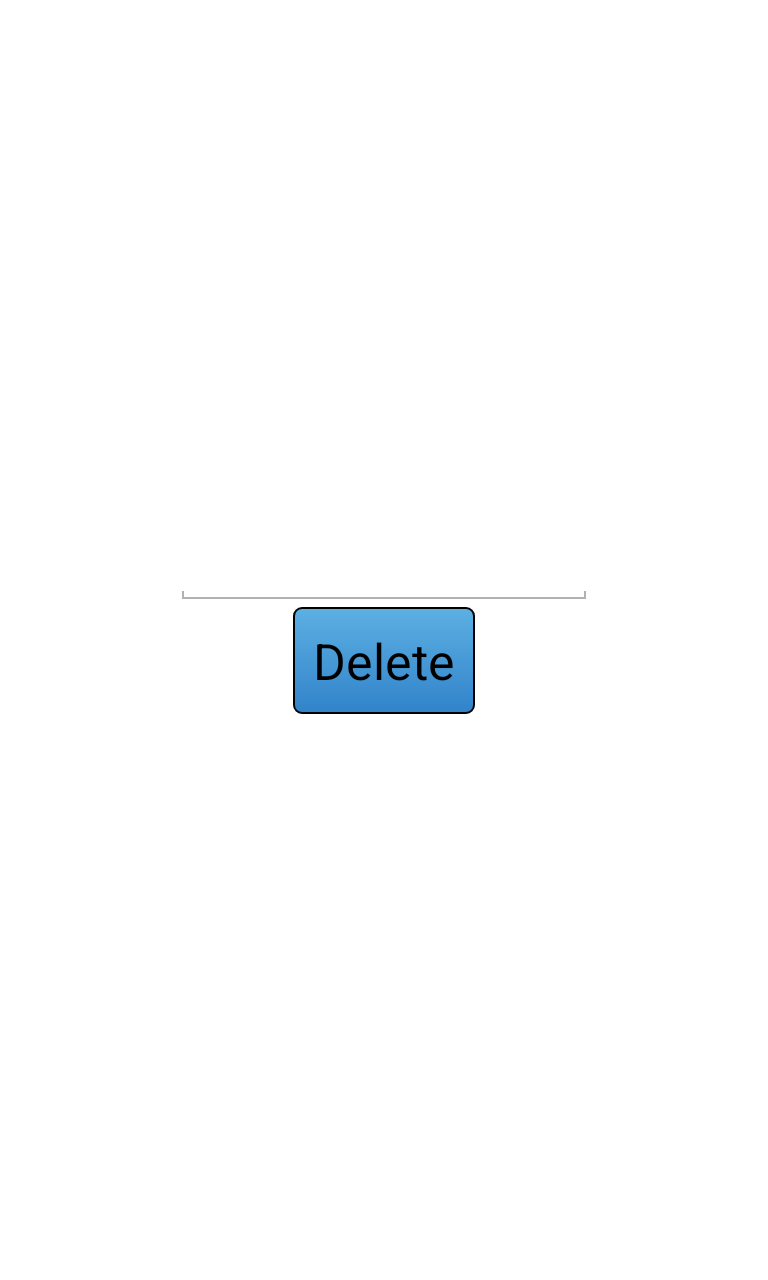
Repository: ArisKots1992/Software-Development
Layout: Anaptiksi Logismikou/Anaptiksi Logismikou/AdminClientApplication/res/layout/third_tab.xml
An editor plug-in stored every save of this project. The layout is shown before and after the next save, followed by the edit.
It is drawn on a 768 x 1280 px phone screen (xhdpi) without system bars, with theme AppTheme; the app's code is not run.

Above is the layout before, as saved 2015-01-19 17:12:22.

### Anaptiksi Logismikou/Anaptiksi Logismikou/AdminClientApplication/res/layout/third_tab.xml
<?xml version="1.0" encoding="utf-8"?>
<LinearLayout xmlns:android="http://schemas.android.com/apk/res/android"
    android:layout_width="match_parent"
    android:layout_height="match_parent"
    android:gravity="center"
    android:orientation="vertical" >

    <EditText
        android:id="@+id/editTextMac"
        android:layout_width="wrap_content"
        android:layout_height="wrap_content"
        android:ems="10" >
    </EditText>

    <Button
        android:id="@+id/delete_button"
        android:layout_width="wrap_content"
        android:layout_height="wrap_content"
        android:text="Delete"
        android:textSize="25sp"
        android:background="@drawable/custom_button" />
    <TextView
        android:id="@+id/responseText"
        android:layout_width="wrap_content"
        android:layout_height="wrap_content" >
    </TextView>

</LinearLayout>

### Anaptiksi Logismikou/Anaptiksi Logismikou/AdminClientApplication/res/values/styles.xml
<resources>

    <!--
        Base application theme, dependent on API level. This theme is replaced
        by AppBaseTheme from res/values-vXX/styles.xml on newer devices.
    -->
    <style name="AppBaseTheme" parent="android:Theme.Light">
        <!--
            Theme customizations available in newer API levels can go in
            res/values-vXX/styles.xml, while customizations related to
            backward-compatibility can go here.
        -->
    </style>

    <!-- Application theme. -->
    <style name="AppTheme" parent="AppBaseTheme">
        <!-- All customizations that are NOT specific to a particular API-level can go here. -->
    </style>

    <style name="CustomStyleButton" parent="@android:style/Widget.Button">
		<item name="android:textSize">16sp</item>
 		<item name="android:textStyle">bold</item>
 		<item name="android:textColor">#dedfdc</item>
 		<item name="android:gravity">center</item>
 		<item name="android:shadowColor">#000000</item>
 		<item name="android:shadowDx">1</item>
 		<item name="android:shadowDy">1</item>
 		<item name="android:shadowRadius">0.6</item>
 		<item  name="android:background">@drawable/custom_button</item>
 		<item name="android:padding">10dip</item>
	</style>
</resources>

### Anaptiksi Logismikou/Anaptiksi Logismikou/AdminClientApplication/res/drawable/custom_button.xml
<?xml version="1.0" encoding="utf-8"?>
<selector xmlns:android="http://schemas.android.com/apk/res/android">
 <item android:state_pressed="true" >
  <shape>
  <solid
   android:color="#2678BF" />
  <stroke
   android:width="1dp"
   android:color="#000000" />
  <corners
   android:radius="4dp" />
  <padding
   android:left="10dp"
   android:top="10dp"
   android:right="10dp"
   android:bottom="10dp" />
  </shape>
 </item>
  <item>
  <shape>
  <gradient
   android:startColor="#5DB0E2"
   android:endColor="#3183CA"
   android:angle="270" />
  <stroke
   android:width="1dp"
   android:color="#000000" />
  <corners
   android:radius="4dp" />
  <padding
   android:left="10dp"
   android:top="10dp"
   android:right="10dp"
   android:bottom="10dp" />
 </shape>
 </item>
</selector>

Loaded but not shown: Anaptiksi Logismikou/Anaptiksi Logismikou/AdminClientApplication/res/values-v11/styles.xml (common file); Anaptiksi Logismikou/Anaptiksi Logismikou/AdminClientApplication/res/values-v14/styles.xml (common file)

After the next save:
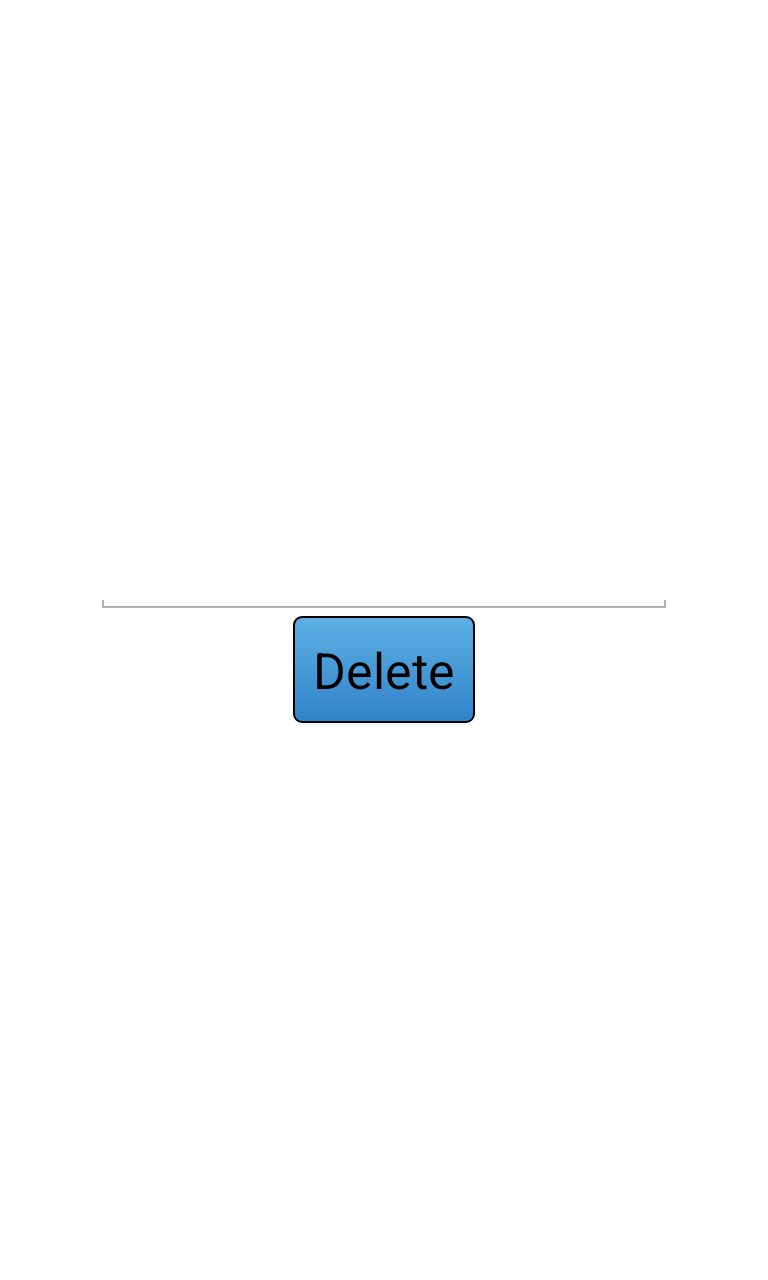
Saved 16 s later.
--- a/Anaptiksi Logismikou/Anaptiksi Logismikou/AdminClientApplication/res/layout/third_tab.xml
+++ b/Anaptiksi Logismikou/Anaptiksi Logismikou/AdminClientApplication/res/layout/third_tab.xml
@@ -9,6 +9,7 @@
         android:id="@+id/editTextMac"
         android:layout_width="wrap_content"
         android:layout_height="wrap_content"
+        android:textSize="25sp"
         android:ems="10" >
     </EditText>
 
